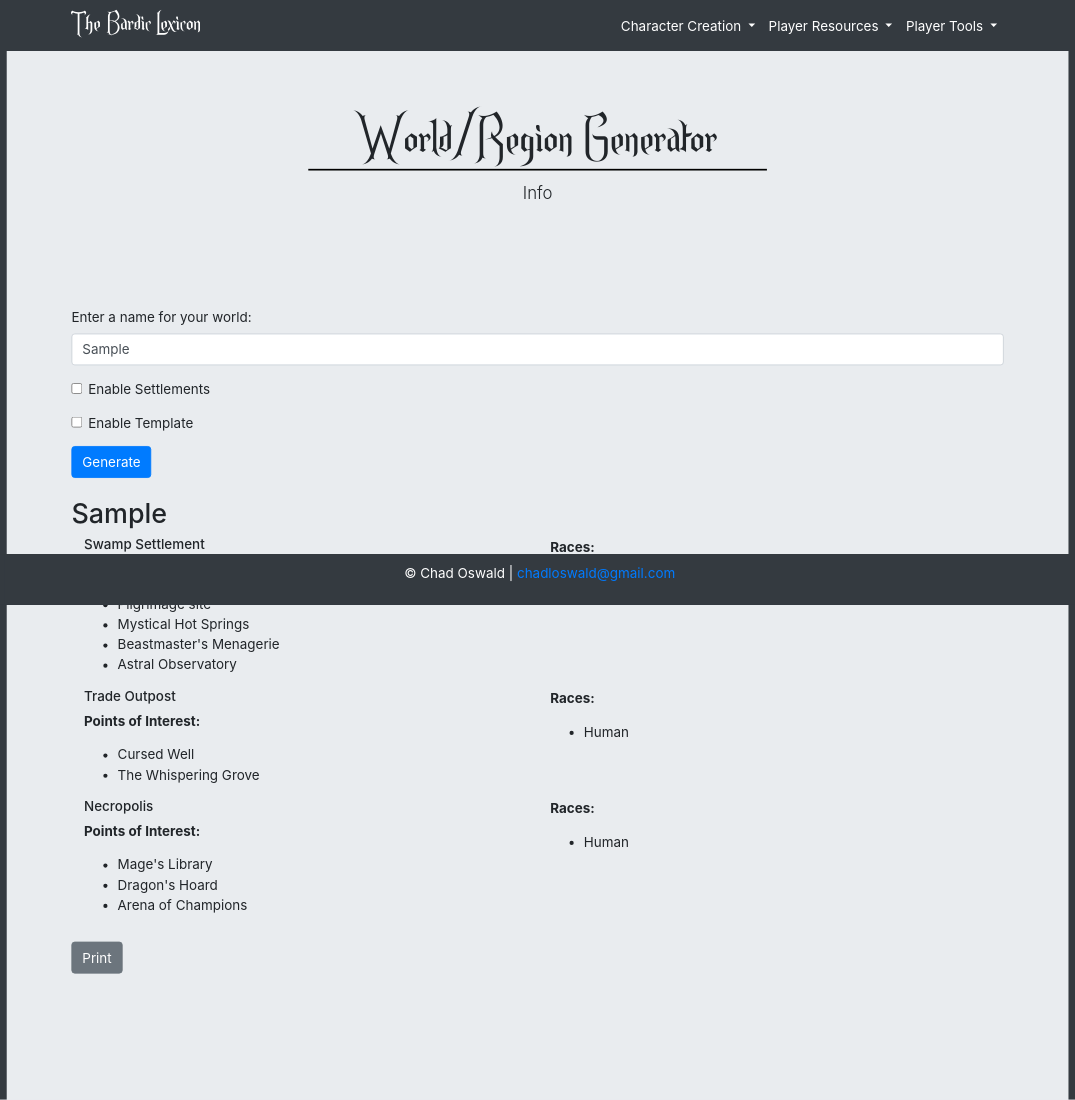
Repository: ChaidGPT/TheBardicLexicon
Page: playerTools/worldGenerator.html
The author's editor kept a copy of each file at every save. The page is drawn from the files as they stood at one save, then again after the next save.
The browser window is 1280 px wide. The pictures show the whole page, at 84% of full size.
Empty fields were first filled with sample values (such as "Sample", 5 or name@example.com).
After loading, the first visible `#worldForm` was submitted once.

Above is the page before, as saved 2024-02-05 14:24:29.

After the next save:
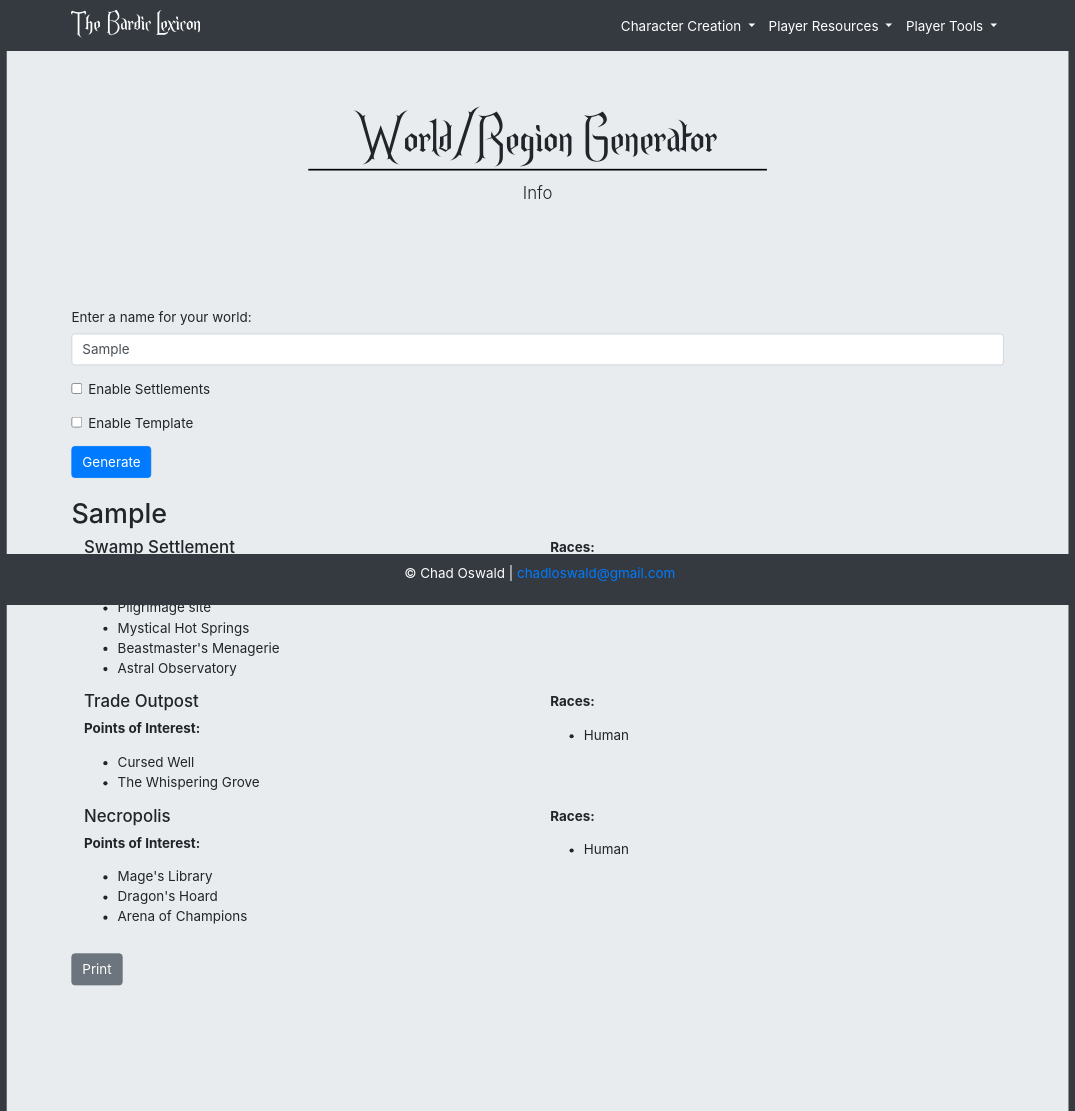
Saved 2 min 13 s later.
--- a/playerTools/worldGenerator.js
+++ b/playerTools/worldGenerator.js
@@ -434,7 +434,7 @@ document.addEventListener("DOMContentLoaded", function () {
         content += `
           <div class="row">
             <div class="col-md-6">
-              <h6>${selectedSettlement.name}</h6>
+              <h5>${selectedSettlement.name}</h5>
               <p><strong>Points of Interest:</strong></p><ul>`;
 
         content += selectedSettlementPOI
